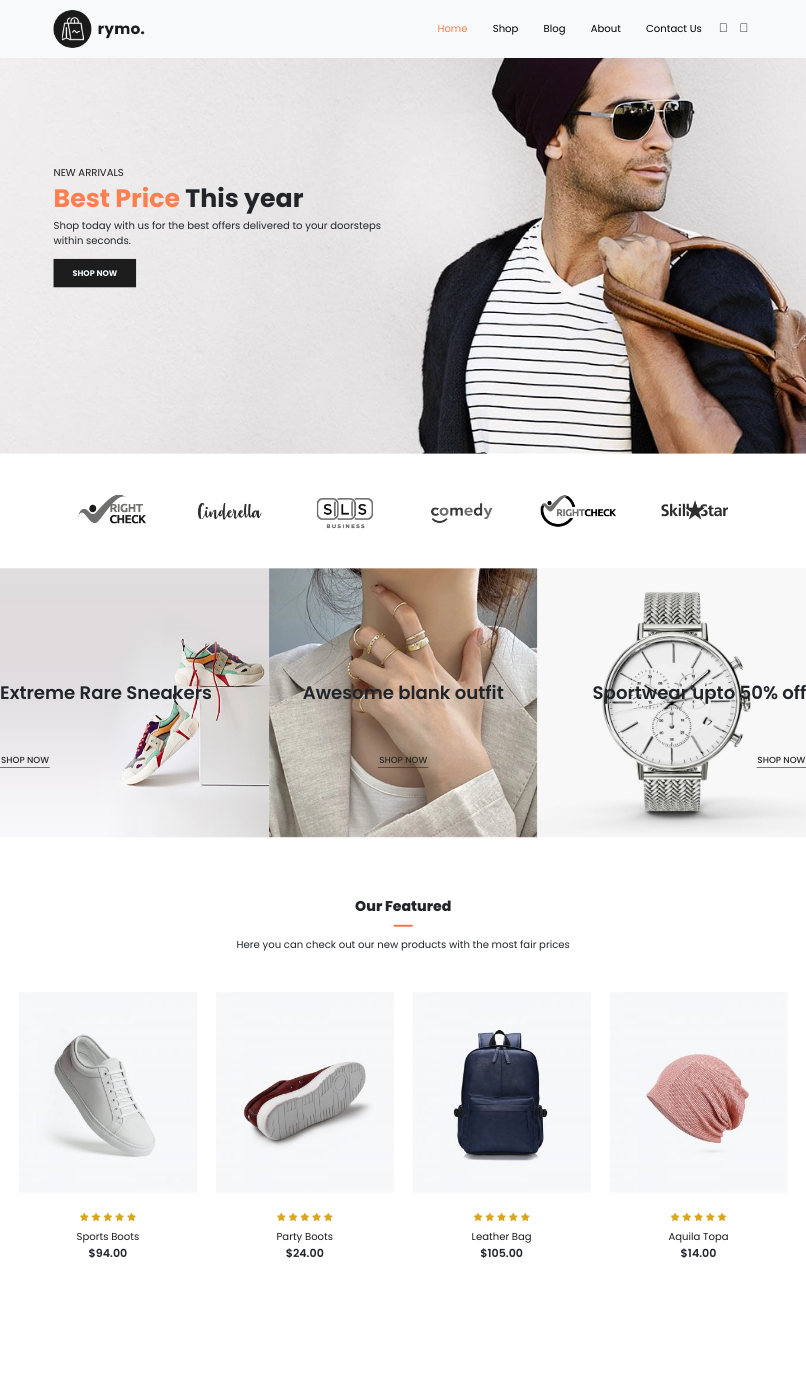
Repository: peter417waweru/e-commerce-UI
Page: index.html
The author's editor kept a copy of each file at every save. The page is drawn from the files as they stood at one save, then again after the next save.
The browser window is 1280 px wide. The pictures show the whole page, at 63% of full size.
Some web libraries are served in a nearby version.

Above is the page before, as saved 2025-02-07 23:33:53.

After the next save:
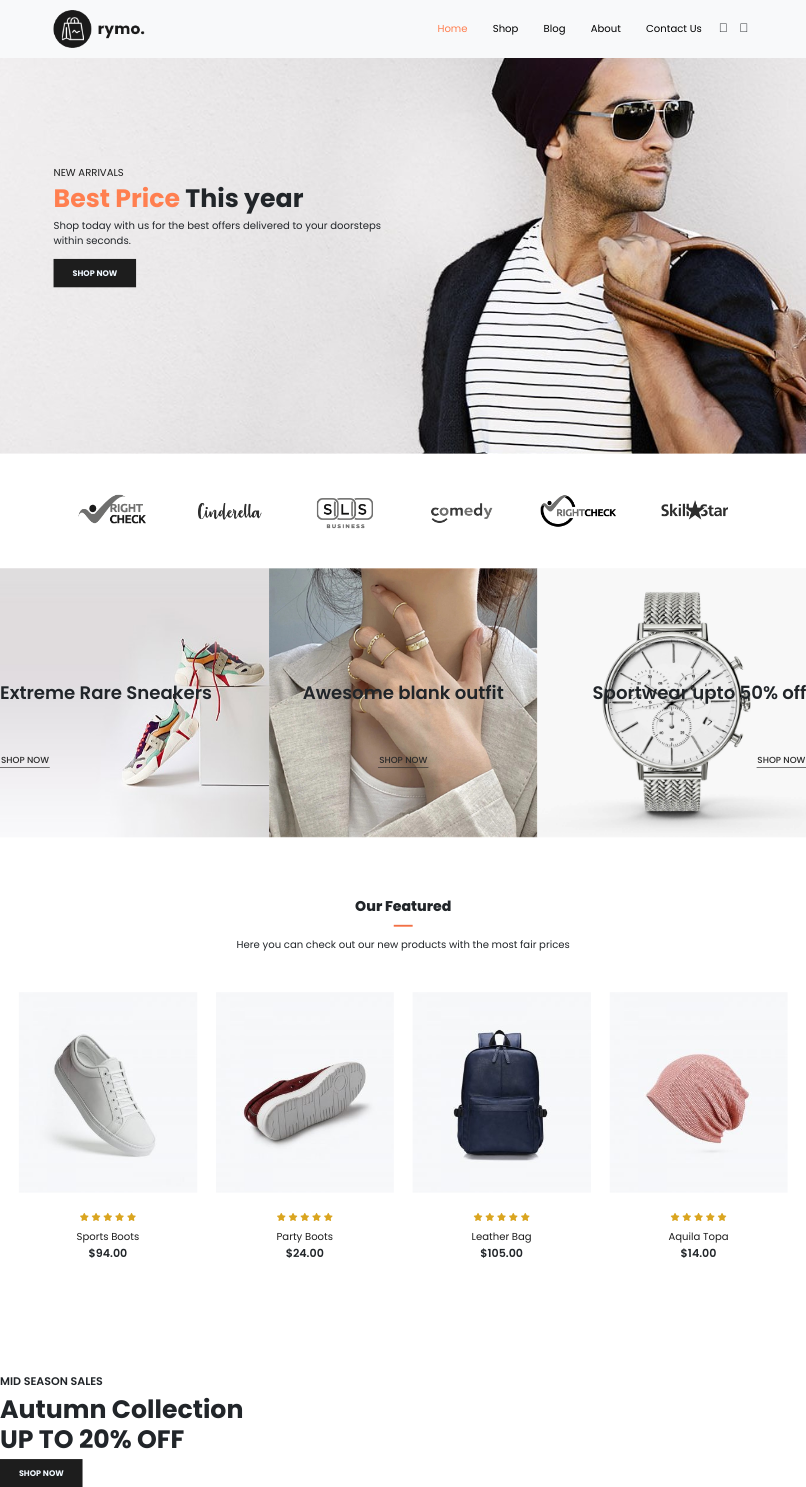
Saved 6 min 18 s later.
--- a/index.html
+++ b/index.html
@@ -163,6 +163,17 @@
           </div>
         </section>
 
+        <section id="banner">
+          <div class="">
+            <h4>MID SEASON SALES</h4>
+            <h1>Autumn Collection <br>
+              UP TO 20% OFF
+            </h1>
+            <button class="text-uppercase">Shop Now</button>
+          </div>
+
+        </section>
+
 
         <script src="https://cdn.jsdelivr.net/npm/@popperjs/core@2.9.1/dist/umd/popper.min.js"
             integrity="sha384-SR1sx49pcuLnqZUnnPwx6FCym0wLsk5JZuNx2bPPENzswTNFaQU1RDvt3wT4gWFG"
